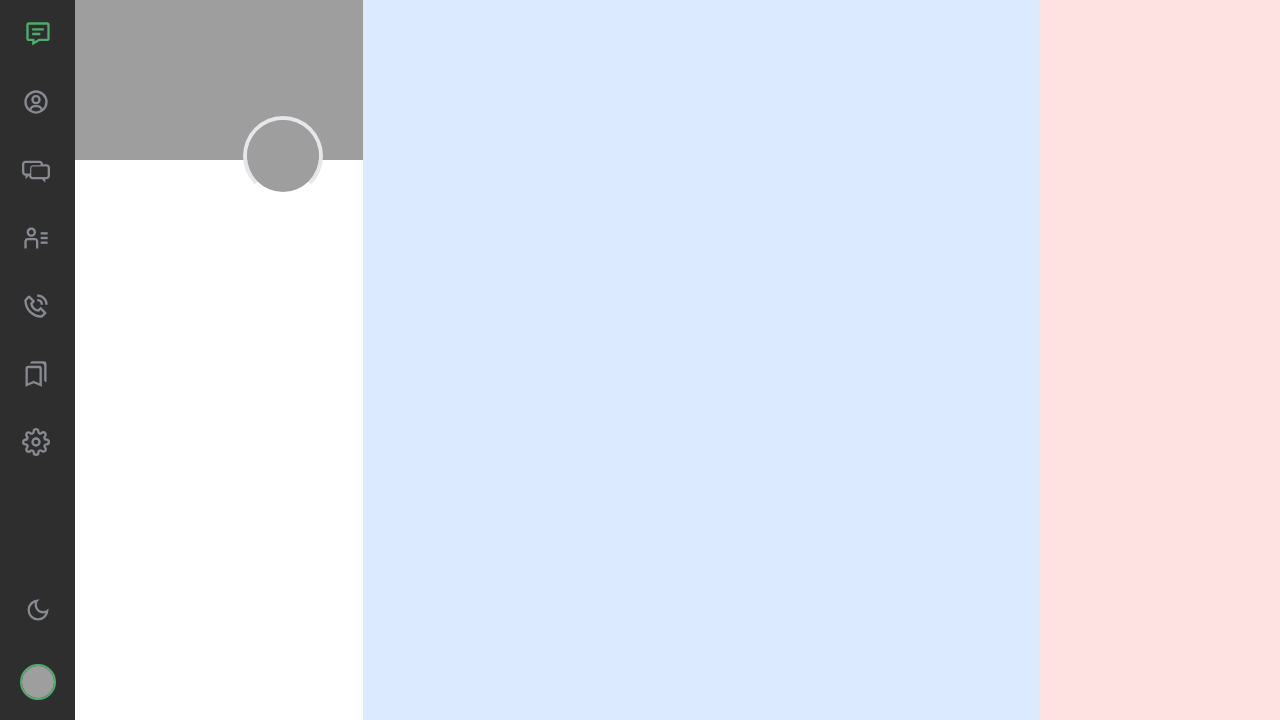
Repository: satya-ranjon/Chat-app
Page: /
The author's editor kept a copy of each file at every save. The page is drawn from the files as they stood at one save, then again after a run of saves.
The browser window is 1280 px wide. The pictures show the whole page.
Pictures or frames that could not be fetched are drawn as grey boxes. The project was rebuilt for these pictures with package versions that can differ from the ones it lists, and the page was loaded fresh each time.

Above is the page before, as saved 2022-03-31 03:32:07.

### src/index.js
import * as ReactDOMClient from "react-dom/client";
import "./index.css";
import App from "./App";

const root = ReactDOMClient.createRoot(document.getElementById("root"));
root.render(<App />);

### src/App.jsx
import React from "react";
// import Chats from "./components/Chats/Chats";
import MyProfile from "./components/MyProfile/MyProfile";
import SideBarManu from "./components/SideBarManu";
import UserChat from "./components/UserChat";
import UserProfileSidebar from "./components/UserProfileSidebar";

export default function App() {
  return (
    <div className="flex">
      <SideBarManu />
      {/* <Chats /> */}
      <MyProfile />
      <UserChat />
      <UserProfileSidebar />
    </div>
  );
}

### src/components/MyProfile/MyProfile.jsx
import React from "react";
import UserImage from "../UserImage";
const Image =
  "https://img.freepik.com/free-photo/interior-wall-mockup-green-wall-wooden-cabinet-3d-rendering_41470-3959.jpg?w=996";

export default function MyProfile() {
  return (
    <div className="sm:w-72 h-screen w-40 ">
      <div className="relative">
        <img src={Image} alt={Image} className="w-full h-40" />
        <UserImage className="w-16 h-16 sm:w-20 sm:h-20 rounded-full absolute sm:-bottom-9  -bottom-7 sm:right-[40px]  right-12  border-4 border-b-white" />
      </div>
    </div>
  );
}

### src/components/SideBarManu.jsx
import React, { useState } from "react";
import { BiMessageDetail, BiUserCircle, BiPhoneCall } from "react-icons/bi";
import { TiMessages } from "react-icons/ti";
import { CgUserList } from "react-icons/cg";

import {
  MdOutlineBookmarks,
  MdOutlineDarkMode,
  MdOutlineLightMode,
} from "react-icons/md";
import { FiSettings } from "react-icons/fi";
import UserImage from "./UserImage";

export default function SideBarManu() {
  const [toggle, setToggle] = useState(true);
  return (
    <div className="w-[75px] h-screen bg-[#2e2e2e] flex flex-col justify-between">
      <div className="flex flex-col">
        <BiMessageDetail
          color="#4eac6d"
          className="text-center  m-5 cursor-pointer mx-auto "
          size={28}
        />
        <div
          className={` ${
            toggle ? `border-[#2e2e2e]` : `border-[#4eac6d]`
          } border-r-4 transition-all duration-200  `}
          onClick={() => setToggle((prev) => !prev)}
        >
          <BiUserCircle
            color={toggle ? `#878a92` : `#4eac6d`}
            className="text-center  m-5 cursor-pointer mx-auto   "
            size={28}
          />
        </div>
        <div className="border-r-4 border-[#2e2e2e] transition-all duration-200 ">
          <TiMessages
            color="#878a92"
            className="text-center  m-5 cursor-pointer mx-auto"
            size={28}
          />
        </div>
        <div className="border-r-4 border-[#2e2e2e] transition-all duration-200 ">
          <CgUserList
            color="#878a92"
            className="text-center  m-5 cursor-pointer mx-auto"
            size={28}
          />
        </div>
        <div className="border-r-4 border-[#2e2e2e] transition-all duration-200 ">
          <BiPhoneCall
            color="#878a92"
            className="text-center  m-5 cursor-pointer mx-auto"
            size={28}
          />
        </div>
        <div className="border-r-4 border-[#2e2e2e] transition-all duration-200 ">
          <MdOutlineBookmarks
            color="#878a92"
            className="text-center  m-5 cursor-pointer mx-auto"
            size={28}
          />
        </div>
        <div className="border-r-4 border-[#2e2e2e] transition-all duration-200 ">
          <FiSettings
            color="#878a92"
            className="text-center  m-5 cursor-pointer mx-auto"
            size={28}
          />
        </div>
      </div>
      <div className="flex flex-col">
        <MdOutlineDarkMode
          color="#878a92"
          className="text-center  m-5 cursor-pointer mx-auto"
          size={28}
        />
        {/* <MdOutlineLightMode
          color="#878a92"
          className="text-center  m-5 cursor-pointer mx-auto"
          size={28}
        /> */}
        <UserImage className="w-9 h-9 rounded-full mx-auto  m-5 border-2 border-[#4eac6d]" />
      </div>
    </div>
  );
}

### src/components/UserChat.jsx
import React from "react";

export default function UserChat() {
  return <div className="flex-grow h-screen bg-blue-100"></div>;
}

### src/components/UserProfileSidebar.jsx
import React from "react";

export default function UserProfileSidebar() {
  return <div className="w-60 h-screen bg-red-100"></div>;
}

### src/components/UserImage.jsx
import React from "react";

export default function UserImage({ className }) {
  return (
    <img
      className={className}
      src="https://media.istockphoto.com/photos/smiling-man-outdoors-in-the-city-picture-id1179420343"
      alt="profile pic"
    />
  );
}

Loaded but not shown: public/index.html (common file); src/index.css (common file); tailwind.config.js (common file)

After the next 2 saves:
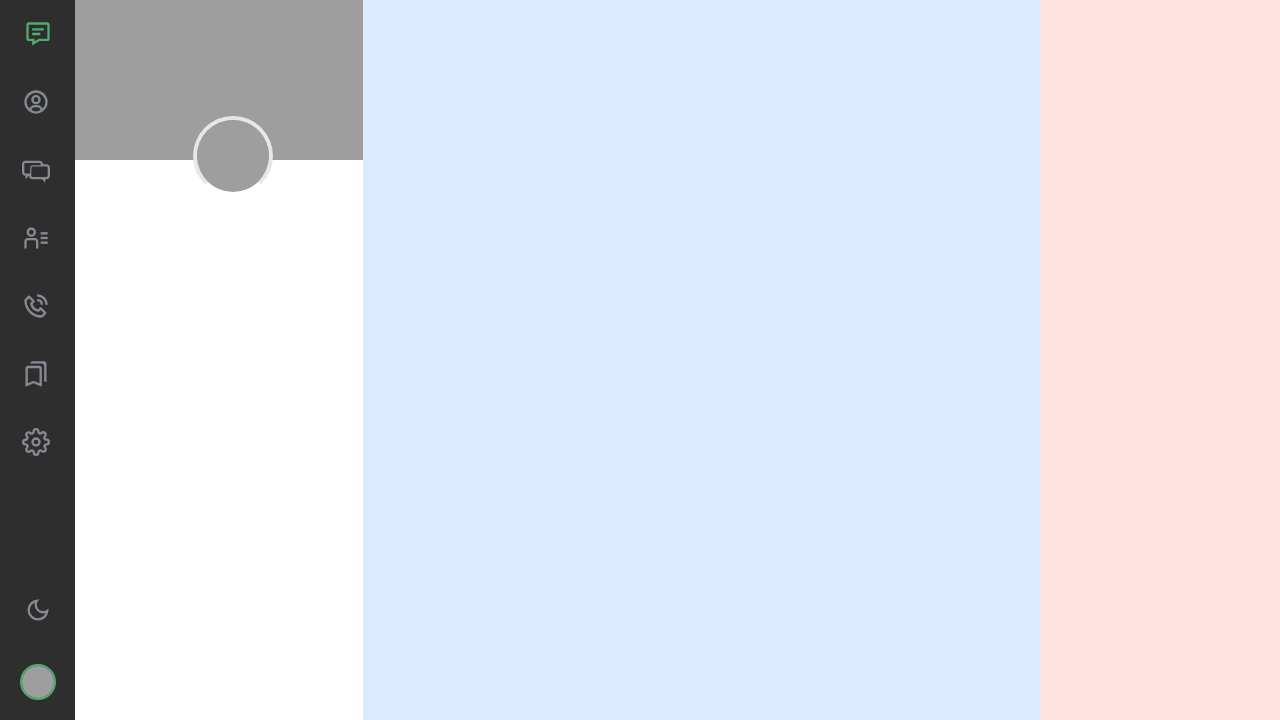
The 2 saves are shown as one change because they came seconds apart.
The last was saved 9 s later.
--- a/src/components/MyProfile/MyProfile.jsx
+++ b/src/components/MyProfile/MyProfile.jsx
@@ -8,7 +8,7 @@ export default function MyProfile() {
     <div className="sm:w-72 h-screen w-40 ">
       <div className="relative">
         <img src={Image} alt={Image} className="w-full h-40" />
-        <UserImage className="w-16 h-16 sm:w-20 sm:h-20 rounded-full absolute sm:-bottom-9  -bottom-7 sm:right-[40px]  right-12  border-4 border-b-white" />
+        <UserImage className="w-16 h-16 sm:w-20 sm:h-20 rounded-full absolute sm:-bottom-9  -bottom-7 sm:right-[90px]  right-12  border-4 border-b-white" />
       </div>
     </div>
   );
